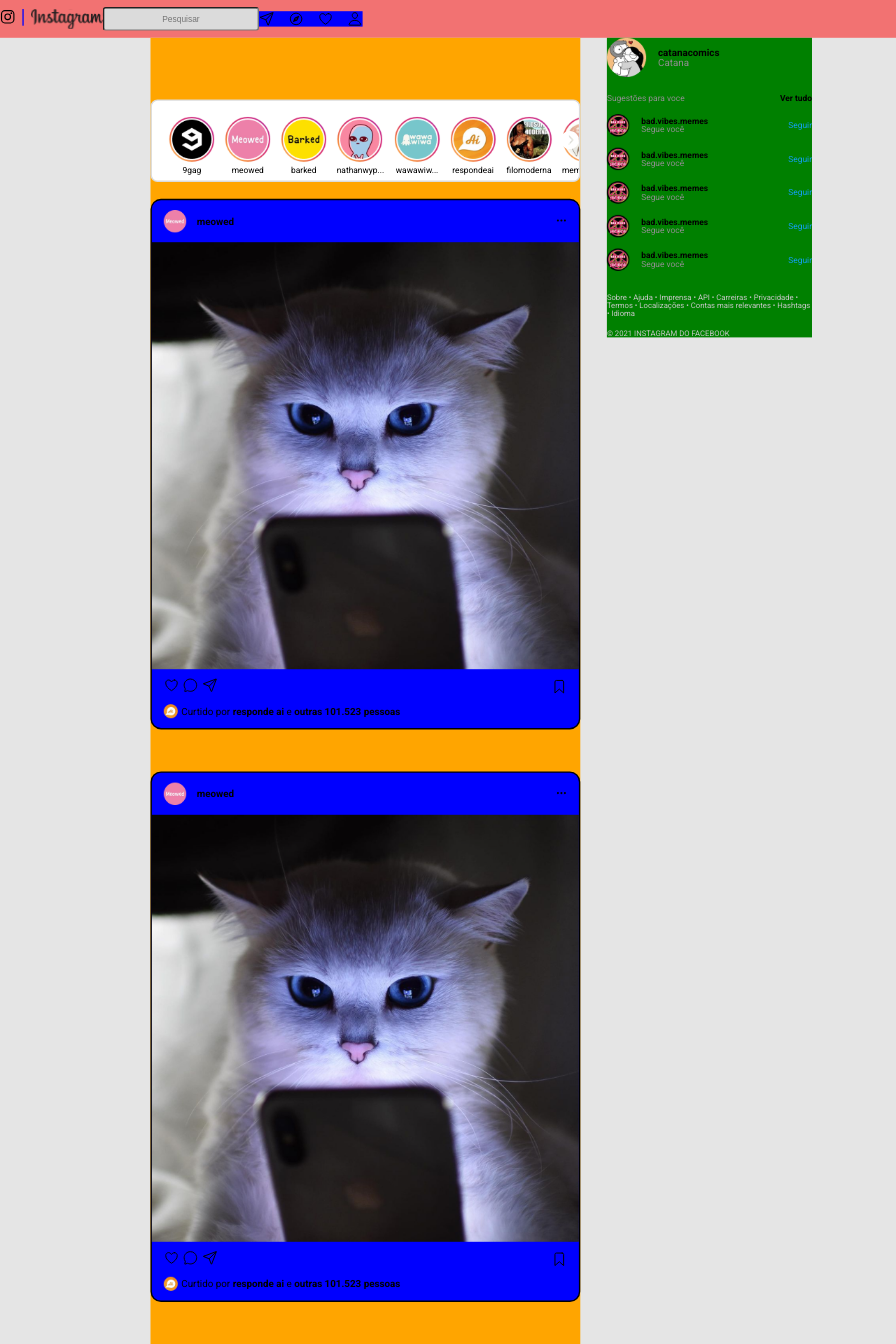
Repository: Zezinoo/proj-2-instagram-clone
Page: index.html
An editor plug-in stored every save of this project. The page is shown before and after the next save, followed by the edit.
The browser window is 1280 px wide. The pictures show the part of the page from y = 0 to 1920 px (the page is 2738 px tall), at 70% of full size.
Some web libraries are served in a nearby version.

Above is the page before, as saved 2022-06-05 02:07:28.

After the next save:
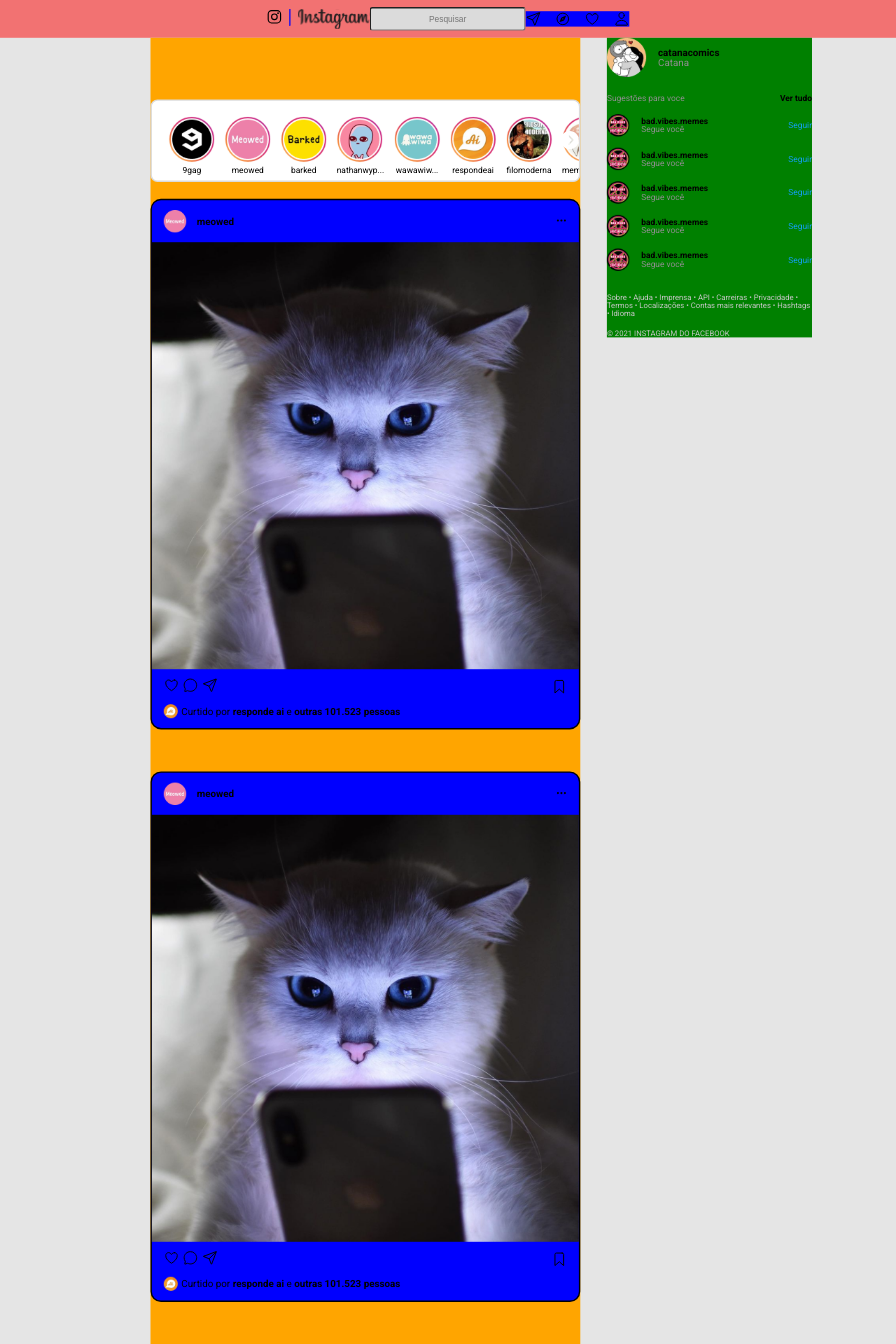
Saved 2 min 48 s later.
--- a/style.css
+++ b/style.css
@@ -1,10 +1,6 @@
 
 body{
     background-color: #e5e5e5;
-    display: flex;
-    flex-direction: column;
-    align-items: center;
-    justify-content: center;
     font-family: 'Roboto', sans-serif;
 }
 
@@ -14,7 +10,7 @@
     height: 54px;
     display: flex;
     flex-direction: row;
-    justify-content: space-between;
+    justify-content: space-around;
     align-items: center;
     background-color: rgba(255, 0, 0, 0.5);
 }
@@ -40,8 +36,6 @@
     border: blue 1px solid;
 }
 
-.search-bar{
-}
 
 .search-bar input{
     height: 28px;
